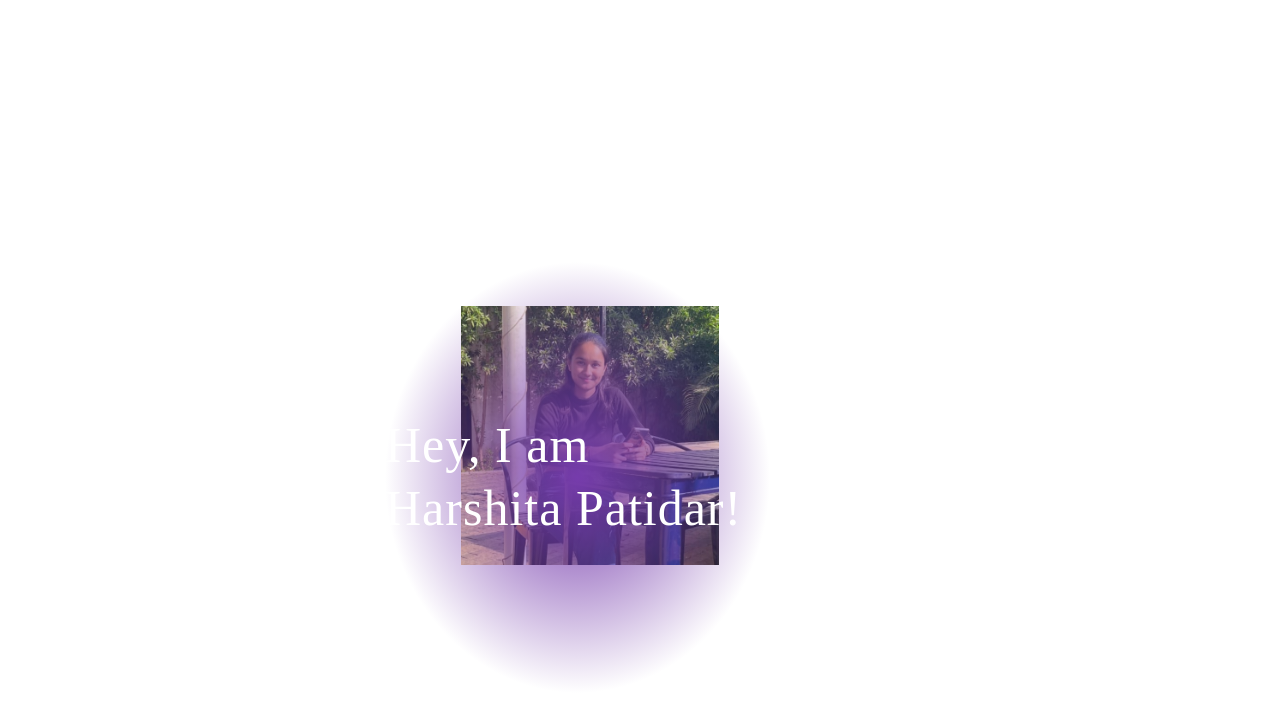
Repository: harshitap1305/Portfolio
Page: /
The author's editor kept a copy of each file at every save. The page is drawn from the files as they stood at one save, then again after the next save.
The browser window is 1280 px wide. The pictures show the whole page.
The project was rebuilt for these pictures with package versions that can differ from the ones it lists, and the page was loaded fresh each time. Also part of the build but not shown: vite.config.js.

Above is the page before, as saved 2025-03-27 17:03:50.

After the next save:
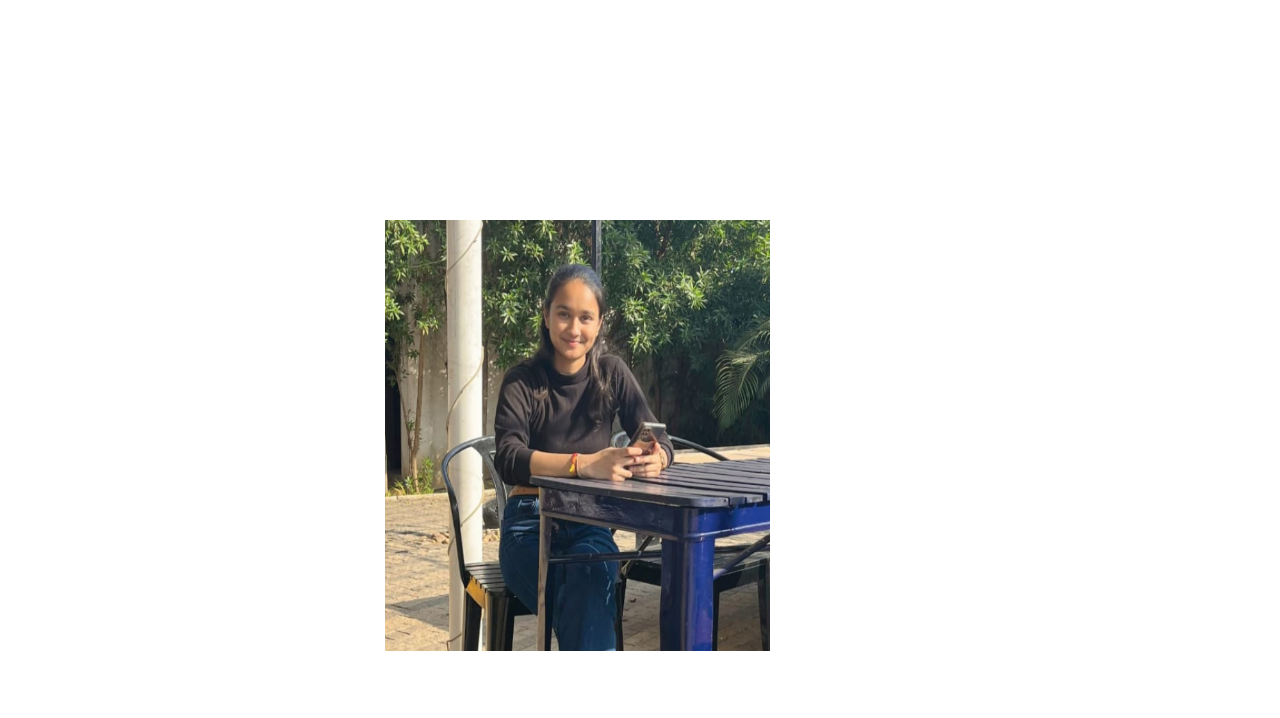
Saved 22 s later.
--- a/src/App.css
+++ b/src/App.css
@@ -22,7 +22,7 @@ color: #FFFFFF;
 }
 
 /* Gradient */
-.name{
+.harshita{
 position: absolute;
 width: 385px;
 height: 431px;
